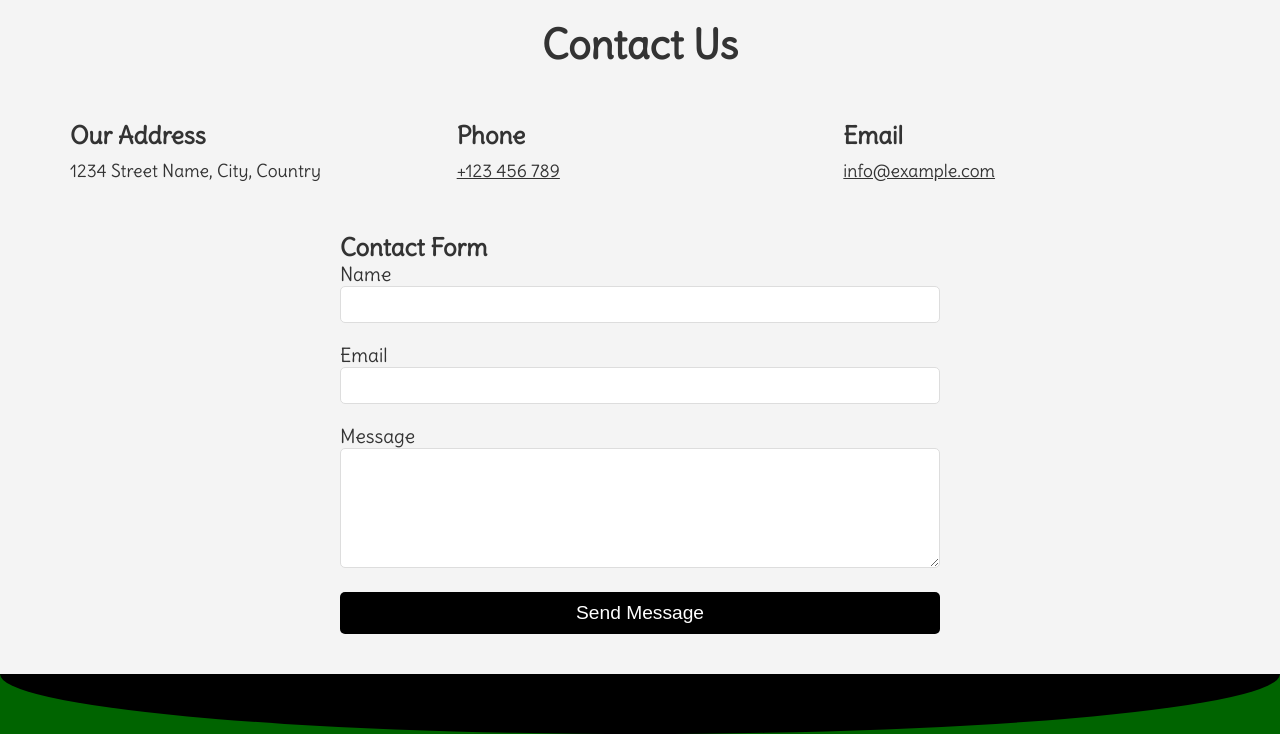
Repository: leerichie/kozi
Page: index.html
The author's editor kept a copy of each file at every save. The page is drawn from the files as they stood at one save, then again after the next save.
The browser window is 1280 px wide. The pictures show the part of the page from y = 177 to 911 px (the page is 1050 px tall).
A picture or video elsewhere on the page could not be fetched, so the positions and the page height are approximate.

Above is the page before, as saved 2024-10-24 19:30:54.

### index.html
<!DOCTYPE html>
<html lang="en">

<head>
    <meta charset="UTF-8">
    <meta name="viewport" content="width=device-width, initial-scale=1.0">
    <meta http-equiv="X-UA-Compatible" content="IE=edge">
    <link rel="stylesheet" href="css/styles.css">
    <title>Contact Form</title>
</head>

<body>
    <!-- Navbar -->
    <header class="navbar">
        <div class="logo">
            <a href="#"><img src="img/logo.png" alt="Logo"></a>
        </div>
        <nav>
            <ul class="nav-links">
                <li><a href="#">Home</a></li>
                <li><a href="#">About</a></li>
                <li><a href="#">Services</a></li>
                <li><a href="#">Contact</a></li>
            </ul>
            <div class="hamburger">
                <span class="bar"></span>
                <span class="bar"></span>
                <span class="bar"></span>
            </div>
        </nav>
    </header>

    <!-- Sidebar (hidden by default) -->
    <div class="sidebar">
        <ul class="sidebar-links">
            <li><a href="#">Home</a></li>
            <li><a href="#">About</a></li>
            <li><a href="#">Services</a></li>
            <li><a href="#">Contact</a></li>
        </ul>
    </div>

    <!-- Contact Section -->
    <div class="container">
        <div class="contact-header">
            <h1>Contact Us</h1>
        </div>
        <div class="contact-info">
            <div class="address">
                <h2>Our Address</h2>
                <p>1234 Street Name, City, Country</p>
            </div>
            <div class="phone">
                <h2>Phone</h2>
                <p><a href="tel:+123456789">+123 456 789</a></p>
            </div>
            <div class="email">
                <h2>Email</h2>
                <p><a href="mailto:info@example.com">info@example.com</a></p>
            </div>
        </div>

        <div class="form-container">
            <h2>Contact Form</h2>
            <form action="#" method="POST" class="contact-form">
                <div class="form-group">
                    <label for="name">Name</label>
                    <input type="text" id="name" name="name" required>
                </div>
                <div class="form-group">
                    <label for="email">Email</label>
                    <input type="email" id="email" name="email" required>
                </div>
                <div class="form-group">
                    <label for="message">Message</label>
                    <textarea id="message" name="message" required></textarea>
                </div>
                <button type="submit" class="submit-btn">Send Message</button>
            </form>
        </div>
    </div>

    <!-- Footer -->
    <footer class="footer">
        <div class="footer-shape"></div>
        <div class="footer-container">
            <div class="footer-logo">
                <a href="#"><img src="img/logo.png" alt="Footer Logo"></a>
            </div>
            <div class="footer-text">
                <p>&copy; 2024 Your Company Name</p>
            </div>
            <div class="footer-social">
                <a href="/"><img src="img/facebook.png" alt="Facebook"></a>
                <a href="/"><img src="img/twitter.png" alt="Twitter"></a>
                <a href="/"><img src="img/instagram.png" alt="Instagram"></a>
            </div>
        </div>
    </footer>

    <script src="js/script.js"></script>
</body>

</html>

### css/styles.css
@font-face {
  font-family: "Delius";
  src: url("/fonts/Delius-Regular.ttf") format("truetype");
  font-weight: normal;
  font-style: normal;
}

@font-face {
  font-family: "Merriweather";
  src: url("/fonts/Kranky-Regular.ttf") format("truetype");
  font-weight: bold;
  font-style: normal;
}

@font-face {
  font-family: "Lora";
  src: url("/fonts/LeckerliOne-Regular.ttf") format("truetype");
  font-weight: normal;
  font-style: italic;
}

* {
  margin: 0;
  padding: 0;
  box-sizing: border-box;
}

body {
  font-family: "Delius", sans-serif;
  background-color: #f4f4f4;
  color: #333;
}

/* Nav */
.navbar {
  display: flex;
  justify-content: space-between;
  align-items: center;
  padding: 20px;
  background-color: darkgreen;
  color: #fff;
  position: relative;
  z-index: 1000;
}

.navbar .logo img {
  width: 150px;
}

.navbar nav {
  display: flex;
  align-items: center;
}

.nav-links {
  display: flex;
  list-style: none;
}

.nav-links li {
  margin-left: 20px;
}

.nav-links a {
  text-decoration: none;
  color: #fff;
  font-size: 1.2rem;
  transition: color 0.3s ease;
}

.nav-links a:hover {
  color: #f4a261;
}

/* Hamburger animate - mob */
.hamburger {
  display: none;
  flex-direction: column;
  cursor: pointer;
  transition: all 0.3s ease;
  z-index: 1001;
}

.hamburger .bar {
  width: 25px;
  height: 3px;
  background-color: white;
  margin: 4px 0;
  transition: all 0.3s ease;
  z-index: 1001;
}

.hamburger.active .bar:nth-child(1) {
  transform: rotate(45deg) translate(0, 0);
  width: 20px;
}

.hamburger.active .bar:nth-child(2) {
  opacity: 0;
}

.hamburger.active .bar:nth-child(3) {
  transform: rotate(-45deg) translate(0, 0);
  width: 20px;
}

.hamburger.active .bar {
  height: 4px;
}

/* Sidebar */
.sidebar {
  position: fixed;
  top: 0;
  right: -250px;
  width: 250px;
  height: 100%;
  background-color: darkgreen;
  color: #fff;
  transition: 0.3s;
  padding-top: 60px;
  z-index: 999;
}

.sidebar.active {
  right: 0;
}

.sidebar-links {
  list-style: none;
  padding: 0;
  text-align: center;
}

.sidebar-links li {
  margin: 20px 0;
}

.sidebar-links a {
  text-decoration: none;
  color: #fff;
  font-size: 1.5rem;
  transition: color 0.3s ease;
}

.sidebar-links a:hover {
  color: #f4a261;
}

/* Contact Section */
.container {
  max-width: 1200px;
  margin: 0 auto;
  padding: 40px 20px;
}

.contact-header h1 {
  text-align: center;
  font-size: 2.5rem;
  margin-bottom: 40px;
}

.contact-info {
  display: flex;
  justify-content: space-between;
  flex-wrap: wrap;
  margin-bottom: 40px;
}

.contact-info div {
  flex: 1;
  min-width: 250px;
  margin: 10px;
}

.contact-info h2 {
  font-size: 1.5rem;
  margin-bottom: 10px;
}

.contact-info p,
.contact-info a {
  font-size: 1.1rem;
  color: #333;
}

.form-container {
  max-width: 600px;
  margin: 0 auto;
}

.contact-form {
  display: flex;
  flex-direction: column;
}

.form-group {
  margin-bottom: 20px;
}

.form-group label {
  margin-bottom: 10px;
  font-size: 1.2rem;
}

.form-group input,
.form-group textarea {
  width: 100%;
  padding: 10px;
  border: 1px solid #ddd;
  border-radius: 5px;
}

textarea {
  height: 120px;
}

.submit-btn {
  padding: 10px 20px;
  background-color: #000;
  color: #fff;
  border: none;
  border-radius: 5px;
  font-size: 1.2rem;
  cursor: pointer;
}

.submit-btn:hover {
  background-color: #f4a261;
}

/* Footer Styling */
.footer {
  position: relative;
  background-color: darkgreen;
  color: white;
  text-align: center;
  padding: 80px 20px 40px;
  overflow: hidden;
}

.footer-shape {
  position: absolute;
  top: -60px;
  left: 0;
  width: 100%;
  height: 120px;
  background-color: #000;
  border-radius: 0 0 100% 100%;
  z-index: 0; /* Keep the shape behind the content */
}

.footer-container {
  position: relative;
  z-index: 1; /* Ensure content is on top of the shape */
  display: flex;
  justify-content: space-between;
  align-items: center;
  max-width: 1200px;
  margin: 0 auto;
  flex-wrap: wrap;
}

.footer-logo img {
  width: 100px;
}

.footer-text p {
  font-size: 1.1rem;
  margin: 0;
}

.footer-social a {
  margin: 0 10px;
}

.footer-social img {
  width: 25px;
  filter: invert(100%);
}

/* Mob */
@media (max-width: 768px) {
  .hamburger {
    display: flex;
  }

  .nav-links {
    display: none;
  }

  .footer-container {
    flex-direction: column;
  }

  .footer-logo {
    margin-bottom: 20px;
  }
}

### js/script.js
const hamburger = document.querySelector('.hamburger');
const sidebar = document.querySelector('.sidebar');

hamburger.addEventListener('click', () => {
    sidebar.classList.toggle('active');
    hamburger.classList.toggle('active');
});

window.addEventListener('scroll', () => {
    sidebar.classList.remove('active');
    hamburger.classList.remove('active');
});

After the next save:
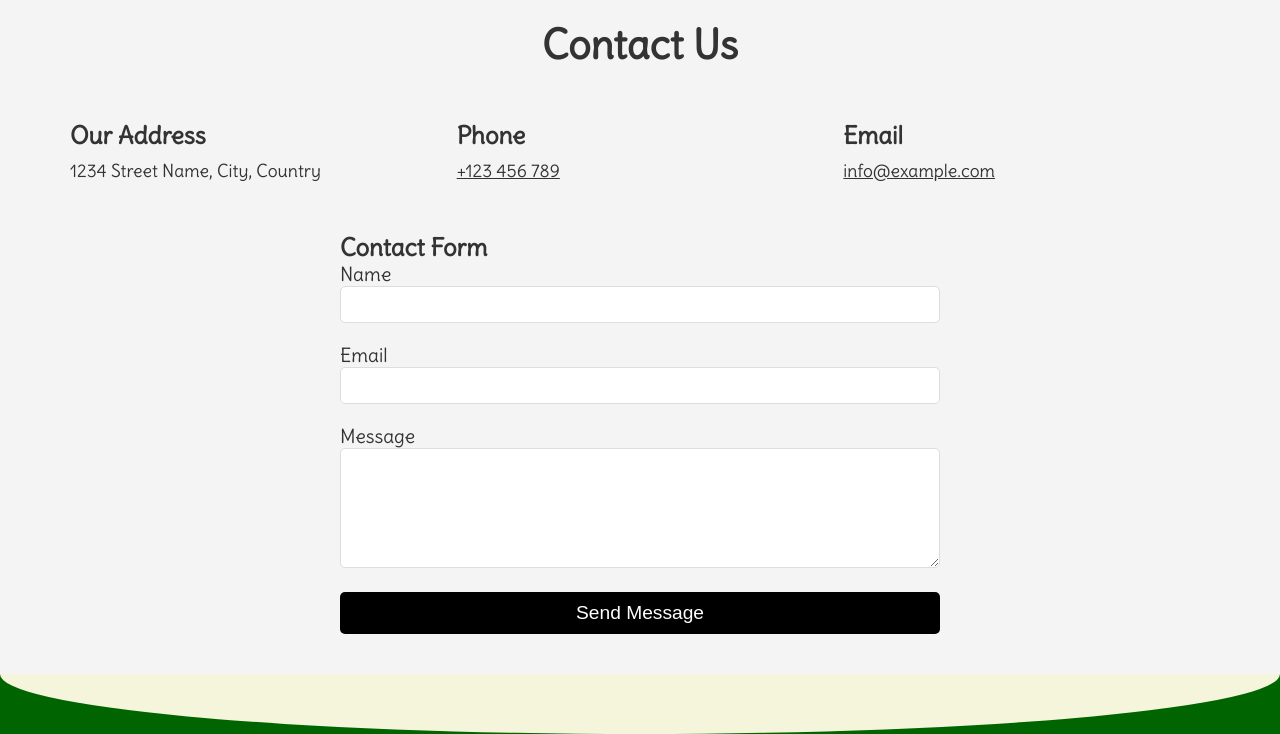
Saved 35 s later.
--- a/css/styles.css
+++ b/css/styles.css
@@ -245,7 +245,7 @@ textarea {
   left: 0;
   width: 100%;
   height: 120px;
-  background-color: #000;
+  background-color: beige;
   border-radius: 0 0 100% 100%;
   z-index: 0; /* Keep the shape behind the content */
 }
